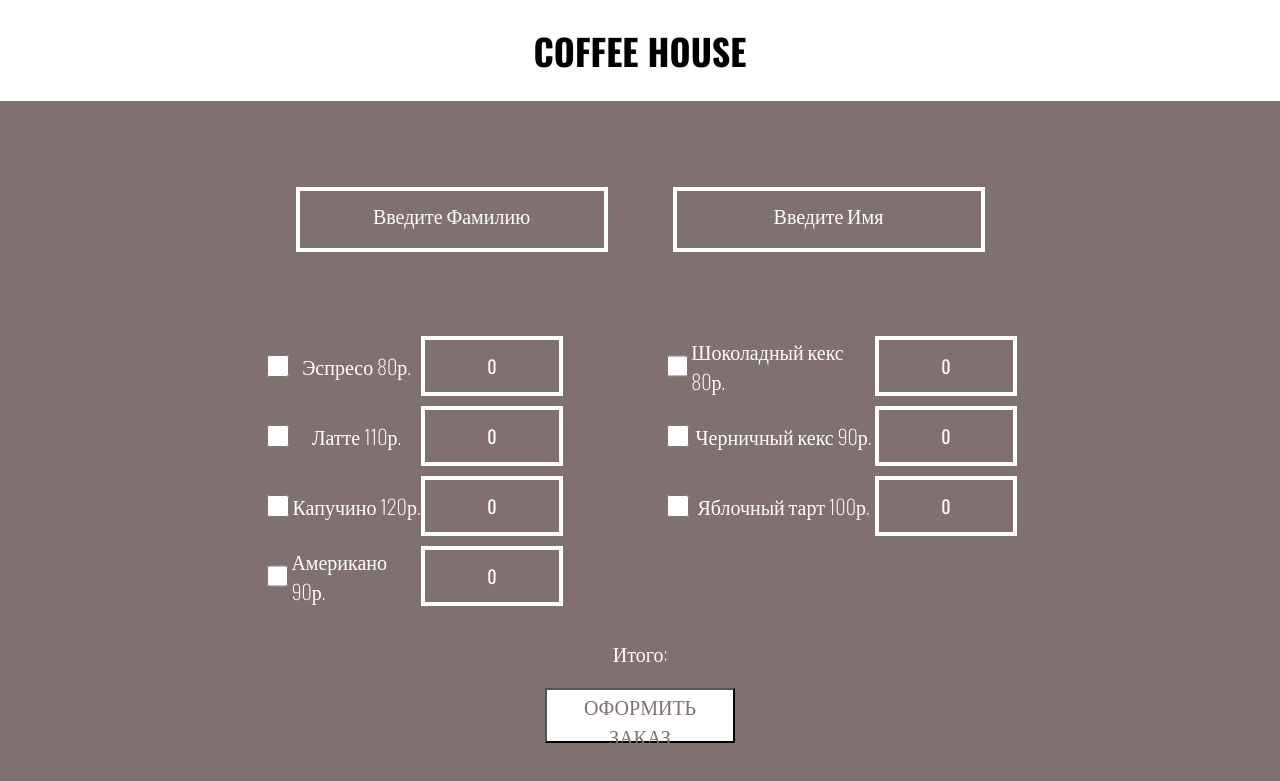
Repository: Valera1994/WebTestProject
Page: New2/index.html
The author's editor kept a copy of each file at every save. The page is drawn from the files as they stood at one save, then again after the next save.
The browser window is 1280 px wide. The pictures show the whole page.

Above is the page before, as saved 2025-07-20 23:10:19.

After the next save:
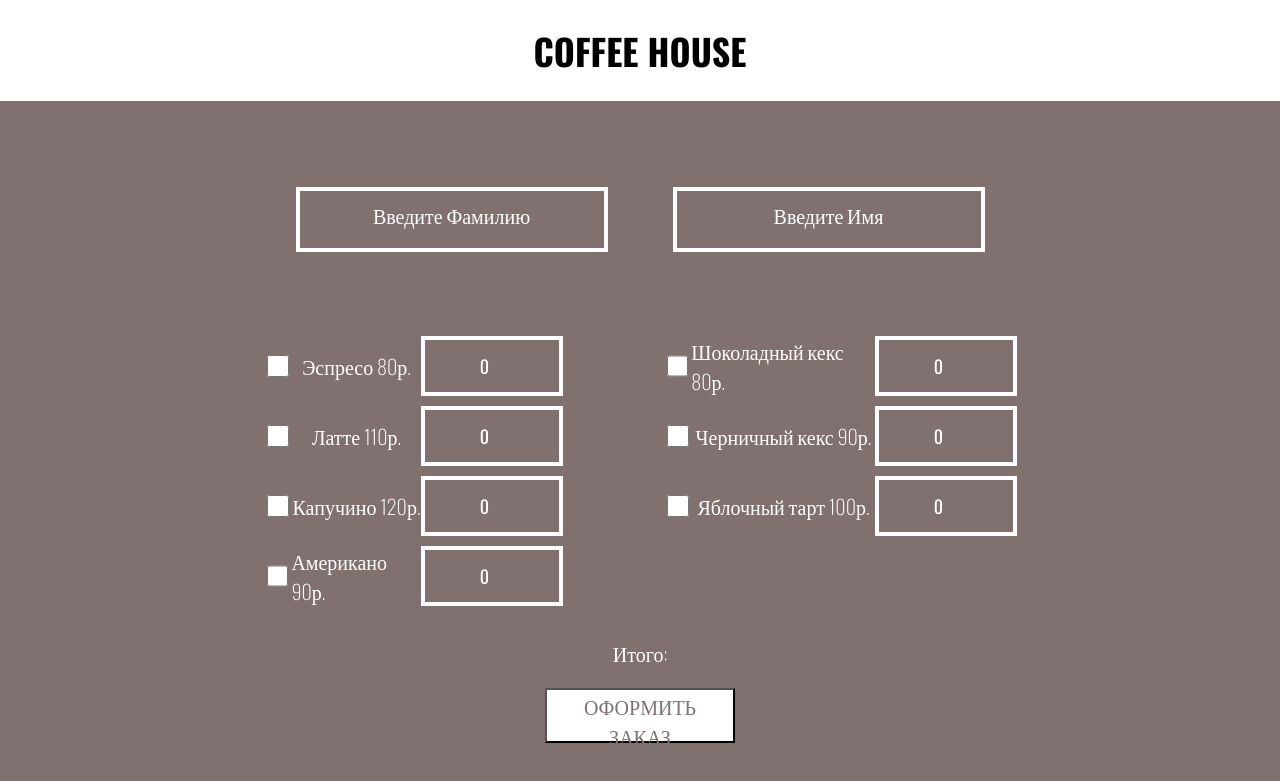
Saved 39 s later.
--- a/New2/index.html
+++ b/New2/index.html
@@ -24,39 +24,39 @@
             <div class="form_checkbox check1">
                 <input type="checkbox" id="coffee" name="espreso" value="choise1">
                 <label for="espreso">Эспресо 80р.</label>
-                <input class="price" type="text" min="0" value="0" inputmode="numeric" placeholder="0" pattern="[0-9]*">
+                <input class="price" type="number" min="0" value="0" placeholder="0">
             </div>
             <div class="form_checkbox check1">
                 <input type="checkbox" id="coffee" name="latte" value="choise1">
                 <label for="latte">Латте 110р.</label>
-                <input class="price" type="text" min="0" value="0" placeholder="0" pattern="[0-9]*">
+                <input class="price" type="number" min="0" value="0" placeholder="0">
             </div>
             <div class="form_checkbox check1">
                 <input type="checkbox" id="coffee" name="capp" value="choise1">
                 <label for="capp">Капучино 120р.</label>
-                <input class="price" type="text" min="0" value="0" placeholder="0" pattern="[0-9]*">
+                <input class="price" type="number" min="0" value="0" placeholder="0">
             </div>
             <div class="form_checkbox check1">
                 <input type="checkbox" id="coffee" name="amer" value="choise1">
                 <label for="amer">Американо 90р.</label>
-                <input class="price" type="text" min="0" value="0" placeholder="0" pattern="[0-9]*">
+                <input class="price" type="number" min="0" value="0" placeholder="0">
             </div>
             </div>
             <div class="menu_column">
             <div class="form_checkbox check2">
                 <input type="checkbox" id="coffee" name="choco" value="choise1">
                 <label for="choco">Шоколадный кекс 80р.</label>
-                <input class="price" type="text" min="0" value="0" placeholder="0" pattern="[0-9]*">
+                <input class="price" type="number" min="0" value="0" placeholder="0">
             </div>
             <div class="form_checkbox check2">
                 <input type="checkbox" id="coffee" name="chern" value="choise1">
                 <label for="chern">Черничный кекс 90р.</label>
-                <input class="price" type="text" min="0" value="0" placeholder="0" pattern="[0-9]*">
+                <input class="price" type="number" min="0" value="0" placeholder="0">
             </div>
             <div class="form_checkbox check2">
                 <input type="checkbox" id="coffee" name="apple" value="choise1">
                 <label for="apple">Яблочный тарт 100р.</label>
-                <input class="price" type="text" min="0" value="0" placeholder="0" pattern="[0-9]*">
+                <input class="price" type="number" min="0" value="0" placeholder="0">
             </div>
             </div>
             </div>
